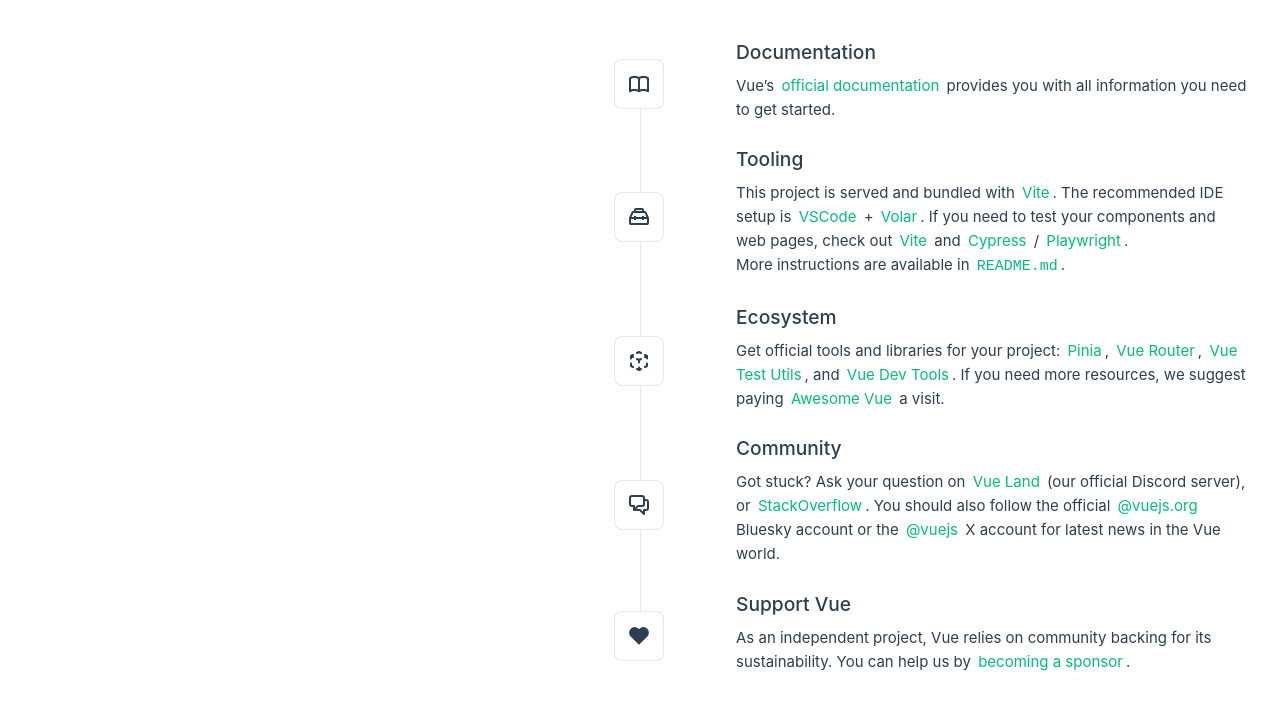
Repository: asing44/FCC
Page: / (app in Front-End-Projects/fcc-frontend-projects-pomodoro/)
These files come from the project's save history. The page is drawn as it stood at one moment and after the next save; the edit follows.
The browser window is 1280 px wide. The pictures show the whole page.
The project was rebuilt for these pictures with package versions that can differ from the ones it lists, and the page was loaded fresh each time. Also part of the build but not shown: Front-End-Projects/fcc-frontend-projects-pomodoro/vite.config.js.

Above is the page before, as saved 2025-01-15 19:18:18.

### Front-End-Projects/fcc-frontend-projects-pomodoro/src/App.vue
<script setup>
import TheWelcome from './components/TheWelcome.vue'
</script>

<template>
  <header>

  </header>

  <main>
    <TheWelcome />
  </main>
</template>

<style scoped>


</style>

Loaded but not shown: Front-End-Projects/fcc-frontend-projects-pomodoro/index.html (common file); Front-End-Projects/fcc-frontend-projects-pomodoro/src/main.js (common file); Front-End-Projects/fcc-frontend-projects-pomodoro/src/assets/main.css (common file); Front-End-Projects/fcc-frontend-projects-pomodoro/src/assets/base.css (common file); Front-End-Projects/fcc-frontend-projects-pomodoro/src/components/TheWelcome.vue (common file); Front-End-Projects/fcc-frontend-projects-pomodoro/src/components/WelcomeItem.vue (common file); Front-End-Projects/fcc-frontend-projects-pomodoro/src/components/icons/IconDocumentation.vue (common file); Front-End-Projects/fcc-frontend-projects-pomodoro/src/components/icons/IconTooling.vue (common file); Front-End-Projects/fcc-frontend-projects-pomodoro/src/components/icons/IconEcosystem.vue (common file); Front-End-Projects/fcc-frontend-projects-pomodoro/src/components/icons/IconCommunity.vue (common file); Front-End-Projects/fcc-frontend-projects-pomodoro/src/components/icons/IconSupport.vue (common file)

After the next save:
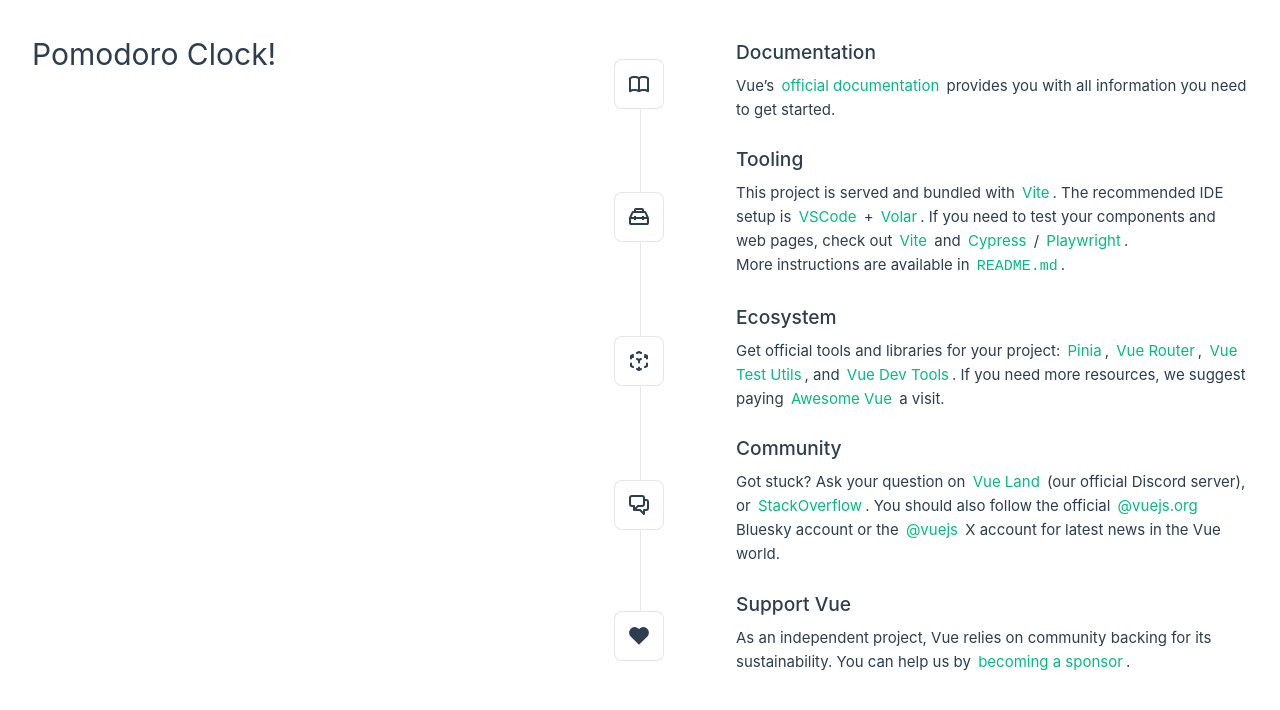
Saved 10 s later.
--- a/Front-End-Projects/fcc-frontend-projects-pomodoro/src/App.vue
+++ b/Front-End-Projects/fcc-frontend-projects-pomodoro/src/App.vue
@@ -4,7 +4,7 @@
 
 <template>
   <header>
-
+    <h1>Pomodoro Clock!</h1>
   </header>
 
   <main>
